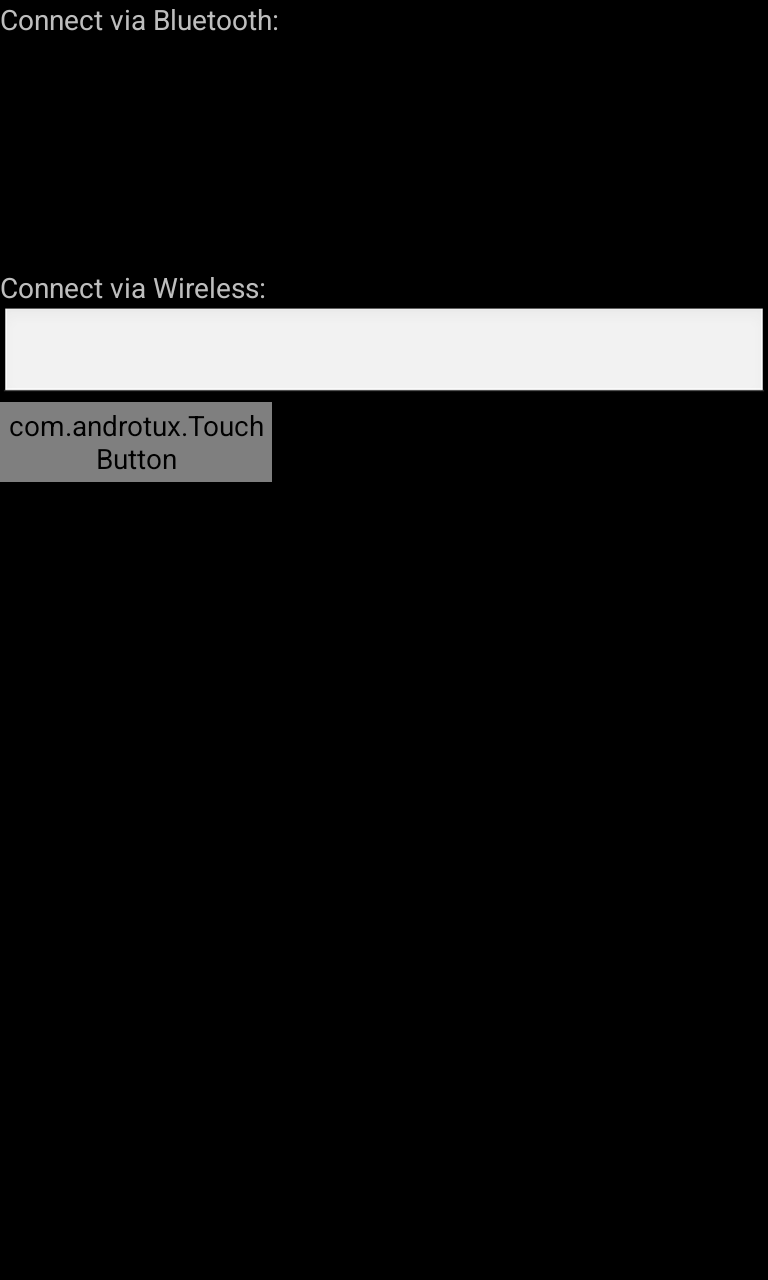
Repository: itayrom/androtux
Layout: app/AndroTux/res/layout/fragment_settings.xml
The author's editor kept a copy of each file at every save. The layout is drawn from the files as they stood at one save, then again after the next save.
Pictures or frames that could not be fetched are drawn as grey boxes. It is drawn on a 768 x 1280 px phone screen (xhdpi) without system bars, with theme android:Theme.NoTitleBar.Fullscreen; the app's code is not run. Lists and similar views that code fills are empty.

Above is the layout before, as saved 2014-09-04 23:19:32.

### app/AndroTux/res/layout/fragment_settings.xml
<!--
  Android Remote for Tux (AndroTux)
  Copyright (C) 2014 Itay Rom <1t4yr0m@gmail.com> Tal Sabo <tal.sabo@gmail.com>

  This program is free software: you can redistribute it and/or modify
  it under the terms of the GNU General Public License as published by
  the Free Software Foundation, either version 3 of the License, or
  (at your option) any later version.

  This program is distributed in the hope that it will be useful,
  but WITHOUT ANY WARRANTY; without even the implied warranty of
  MERCHANTABILITY or FITNESS FOR A PARTICULAR PURPOSE.  See the
  GNU General Public License for more details.

  You should have received a copy of the GNU General Public License
  along with this program.  If not, see <http://www.gnu.org/licenses/>.
-->
<LinearLayout xmlns:android="http://schemas.android.com/apk/res/android"
    android:layout_width="fill_parent"
    android:layout_height="fill_parent"
    android:orientation="vertical" >

    <TextView
        android:layout_width="fill_parent"
        android:layout_height="wrap_content"
        android:text="Connect via Bluetooth:"/>

    <ListView
        android:id="@+id/lvPaired"
        android:layout_width="match_parent"
        android:layout_height="100dp">
    </ListView>

    <TextView
        android:layout_width="fill_parent"
        android:layout_height="wrap_content"
        android:layout_marginTop="15dp"
        android:text="Connect via Wireless:"/>

    <EditText
        android:id="@+id/txtWirelessIp"
        android:layout_width="match_parent"
        android:layout_height="wrap_content"
        android:ems="10">
	</EditText>

    <com.androtux.TouchButton
        android:id="@+id/btnConnectWireless"
        android:layout_width="136dp"
        android:layout_height="40dp"
        android:text="Connect" />

</LinearLayout>

After the next save:
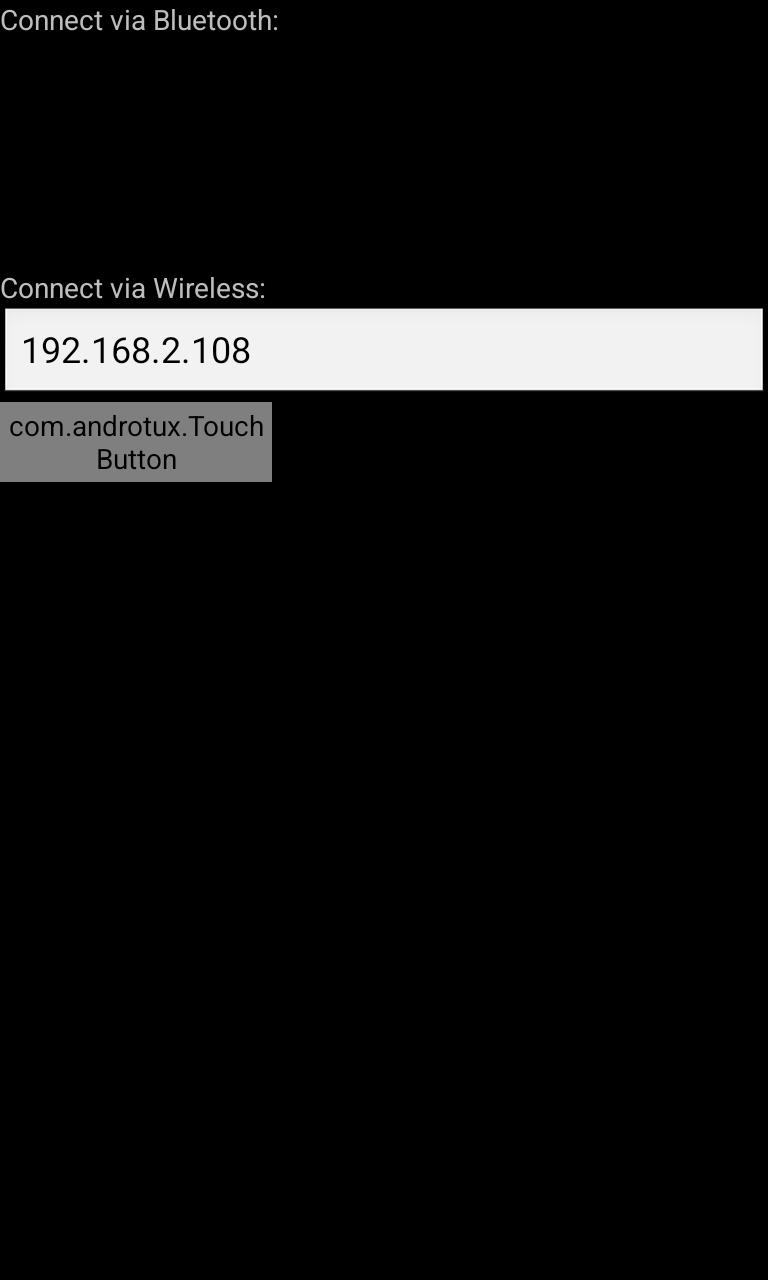
Saved 118 s later.
--- a/app/AndroTux/res/layout/fragment_settings.xml
+++ b/app/AndroTux/res/layout/fragment_settings.xml
@@ -41,6 +41,7 @@
         android:id="@+id/txtWirelessIp"
         android:layout_width="match_parent"
         android:layout_height="wrap_content"
+        android:text="192.168.2.108"
         android:ems="10">
 	</EditText>
 
